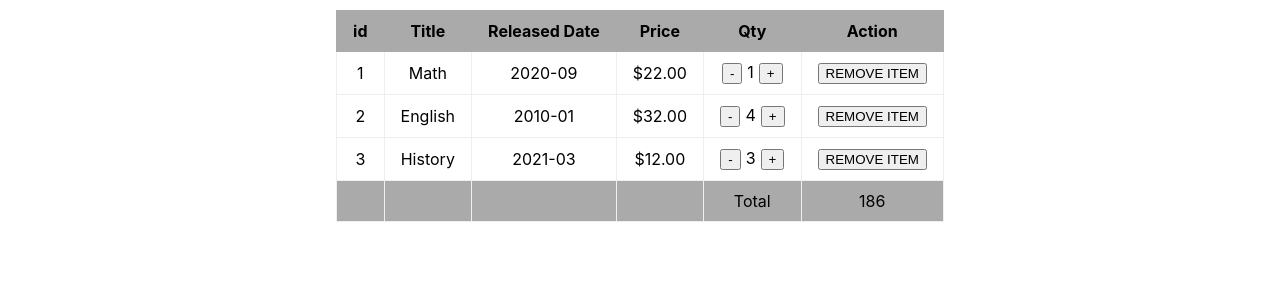
Repository: vgg1kkh/myBookStoreBasket
Page: /
These files come from the project's save history. The page is drawn as it stood at one moment and after the next save; the edit follows.
The browser window is 1280 px wide. The pictures show the whole page.
The project was rebuilt for these pictures with package versions that can differ from the ones it lists, and the page was loaded fresh each time.

Above is the page before, as saved 2021-10-07 16:50:50.

After the next save:
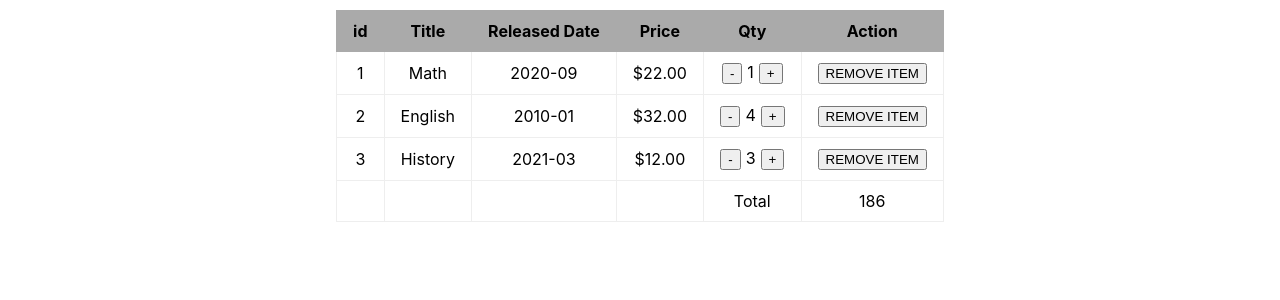
Saved 61 s later.
--- a/src/App.css
+++ b/src/App.css
@@ -15,7 +15,7 @@ th {
     background-color: #aaa;
     border-color: #aaa
 }
-table tbody tr:last-child{
+table tbody tr:{
     background-color: #aaa;
 }
 .book-qty {
